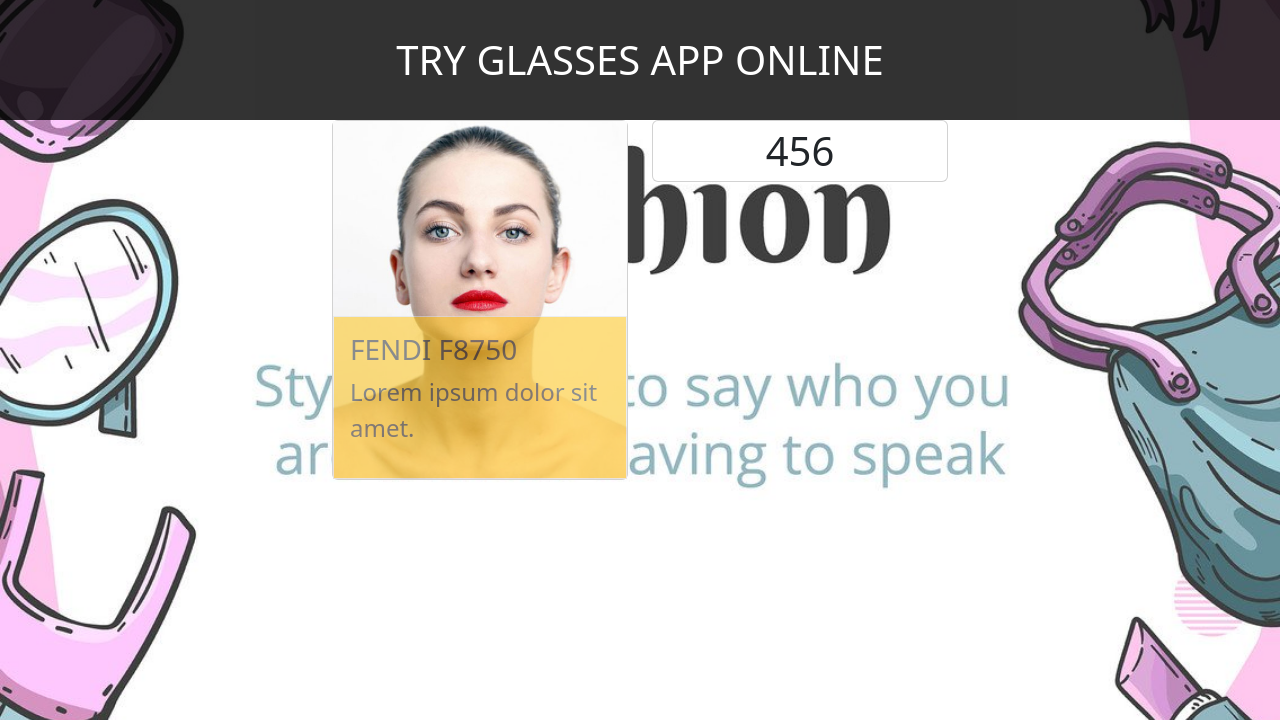
Repository: akira17518/React_JS_Glasses
Page: /
The author's editor kept a copy of each file at every save. The page is drawn from the files as they stood at one save, then again after the next save.
The browser window is 1280 px wide. The pictures show the whole page.
The project was rebuilt for these pictures with package versions that can differ from the ones it lists, and the page was loaded fresh each time.

Above is the page before, as saved 2023-05-10 10:20:31.

### public/index.html
<!DOCTYPE html>
<html lang="en">

<head>
  <meta charset="utf-8" />
  <link rel="icon" href="%PUBLIC_URL%/favicon.ico" />
  <meta name="viewport" content="width=device-width, initial-scale=1" />
  <meta name="theme-color" content="#000000" />
  <meta name="description" content="Web site created using create-react-app" />
  <link rel="apple-touch-icon" href="%PUBLIC_URL%/logo192.png" />
  <!--
      manifest.json provides metadata used when your web app is installed on a
      user's mobile device or desktop. See https://developers.google.com/web/fundamentals/web-app-manifest/
    -->
  <link rel="manifest" href="%PUBLIC_URL%/manifest.json" />
  <link href="https://cdn.jsdelivr.net/npm/bootstrap@5.3.0-alpha3/dist/css/bootstrap.min.css" rel="stylesheet"
    integrity="sha384-KK94CHFLLe+nY2dmCWGMq91rCGa5gtU4mk92HdvYe+M/SXH301p5ILy+dN9+nJOZ" crossorigin="anonymous">
  <!--
      Notice the use of %PUBLIC_URL% in the tags above.
      It will be replaced with the URL of the `public` folder during the build.
      Only files inside the `public` folder can be referenced from the HTML.

      Unlike "/favicon.ico" or "favicon.ico", "%PUBLIC_URL%/favicon.ico" will
      work correctly both with client-side routing and a non-root public URL.
      Learn how to configure a non-root public URL by running `npm run build`.
    -->
  <title>React App</title>
</head>

<body class="">
  <noscript>You need to enable JavaScript to run this app.</noscript>
  <div id="root"></div>
  <!--
      This HTML file is a template.
      If you open it directly in the browser, you will see an empty page.

      You can add webfonts, meta tags, or analytics to this file.
      The build step will place the bundled scripts into the <body> tag.

      To begin the development, run `npm start` or `yarn start`.
      To create a production bundle, use `npm run build` or `yarn build`.
    -->
  <script src="https://cdn.jsdelivr.net/npm/bootstrap@5.3.0-alpha3/dist/js/bootstrap.bundle.min.js"
    integrity="sha384-ENjdO4Dr2bkBIFxQpeoTz1HIcje39Wm4jDKdf19U8gI4ddQ3GYNS7NTKfAdVQSZe"
    crossorigin="anonymous"></script>
</body>

</html>

### src/index.js
import React from 'react';
import ReactDOM from 'react-dom/client';
import App from './App';

const root = ReactDOM.createRoot(document.getElementById('root'));
root.render(
    <App></App>
);

### src/App.js
import React, { Component } from 'react'
import BaiTapSetState from './BTsetState/BaiTapSetState'
import appCSS from './assets/app.module.css'
export default class App extends Component {
    render() {
        return (
            <div className={`${appCSS.app} vh-100`}>
                <BaiTapSetState></BaiTapSetState>
            </div>
        )
    }
}

### src/BTsetState/BaiTapSetState.jsx
import React, { Component } from 'react'
import HeaderComponent from './HeaderComponent'
import Content from './Content'

export default class extends Component {
  render() {
    return (
      <div>
        <div>
          <HeaderComponent></HeaderComponent>
        </div>
        <div className='w-50 m-auto fs-1 text-center'>
          <Content></Content>
        </div>
      </div>
    )
  }
}

### src/assets/app.module.css
.app {
    background:  url(../../public/img/background.jpg);
    background-position: center;
    background-repeat: no-repeat;
    background-size: cover;
}

### src/BTsetState/HeaderComponent.jsx
import React, { Component } from 'react'
import headerStyle from '../assets/header.module.css'
export default class HeaderComponent extends Component {
    render() {
        return (
            <div className={`${headerStyle.header}`}>TRY GLASSES APP ONLINE</div>
        )
    }
}

### src/BTsetState/Content.jsx
import React, { Component } from 'react'

export default class Content extends Component {
  render() {
    return (
      <div className='container'>
        <div className="top-model">
          <div className="row">
            <div className="col-6">
              <div className='card-left card'>
                <img src="./img/model.jpg" alt="" />
                <div className="card-body fs-4 text-start position-absolute bottom-0 end-0 start-0 opacity-50 bg-warning border">
                  <h3>FENDI F8750</h3>
                  <p>Lorem ipsum dolor sit amet.</p>
                </div>
              </div>
            </div>
            <div className="col-6">
              <div className='card-right card'>
                <img src="" alt="" />
                456
              </div>
            </div>
          </div>
        </div>

      </div>
    )
  }
}

### src/assets/header.module.css
.header {
    background-color: black;
    opacity: 0.8;
    color: #fff;
    text-align: center;
    font-size: 40px;
    padding: 30px;
}

After the next save:
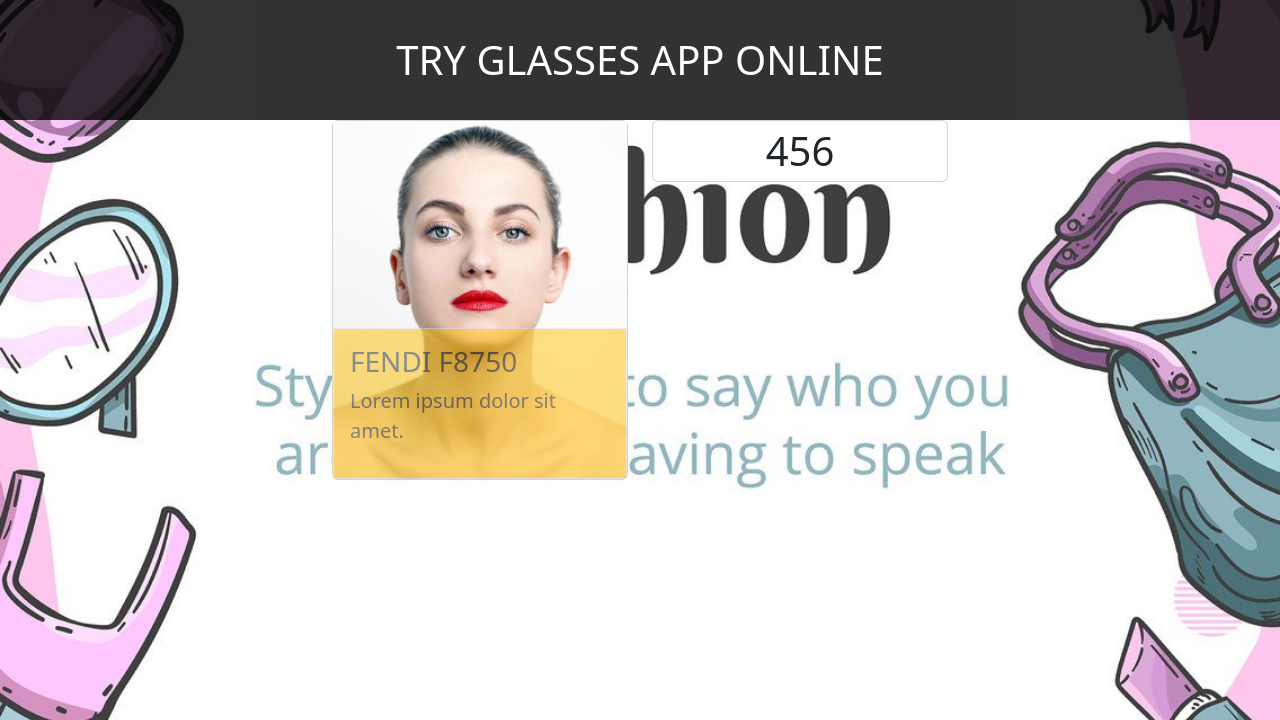
Saved 8 s later.
--- a/src/BTsetState/Content.jsx
+++ b/src/BTsetState/Content.jsx
@@ -9,7 +9,7 @@
             <div className="col-6">
               <div className='card-left card'>
                 <img src="./img/model.jpg" alt="" />
-                <div className="card-body fs-4 text-start position-absolute bottom-0 end-0 start-0 opacity-50 bg-warning border">
+                <div className="card-body fs-5 text-start position-absolute bottom-0 end-0 start-0 opacity-50 bg-warning border">
                   <h3>FENDI F8750</h3>
                   <p>Lorem ipsum dolor sit amet.</p>
                 </div>
